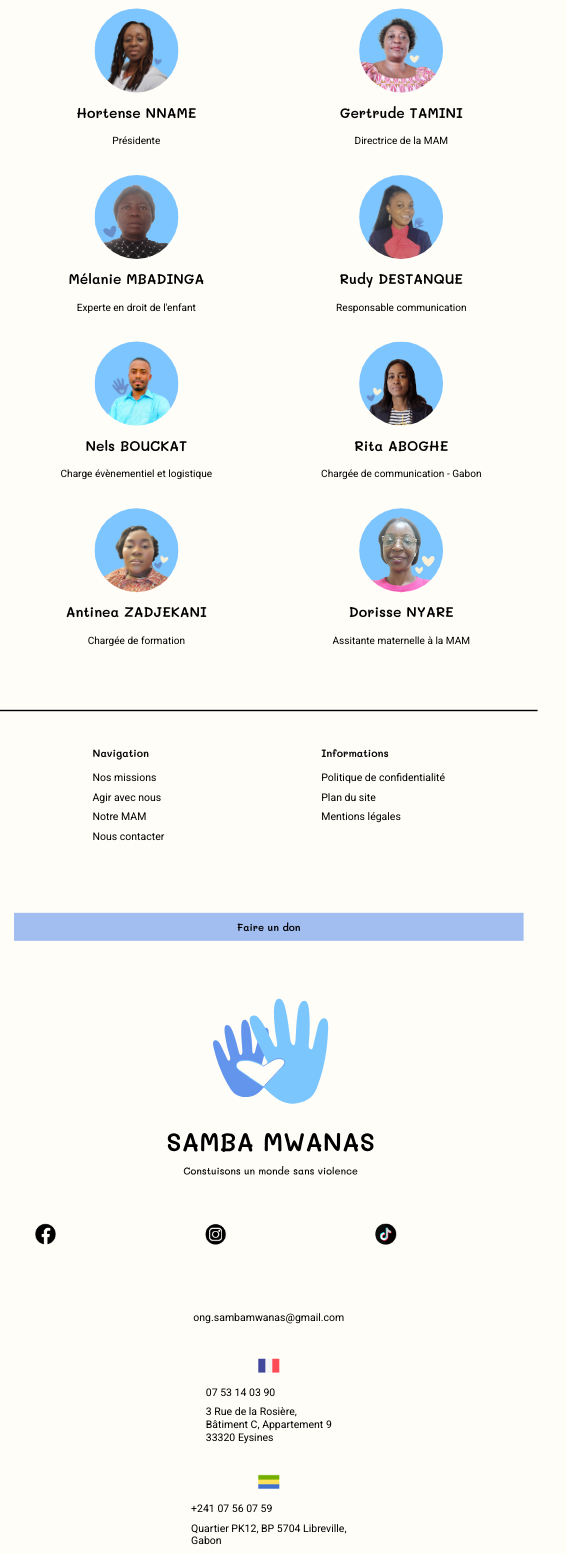
Repository: Danie-lDasilva/Samba-Mwanas
Page: index.html
These files come from the project's save history. The page is drawn as it stood at one moment and after the next save; the edit follows.
The browser window is 768 px wide. The page is 808 px wide, so the pictures cover 808 px, including what lies to the right of the window. The pictures show the part of the page from y = 2400 to 4640 px (the page is 4620 px tall before and 4640 px after), at 70% of full size.

Above is the page before, as saved 2025-03-06 21:23:51.

After the next save:
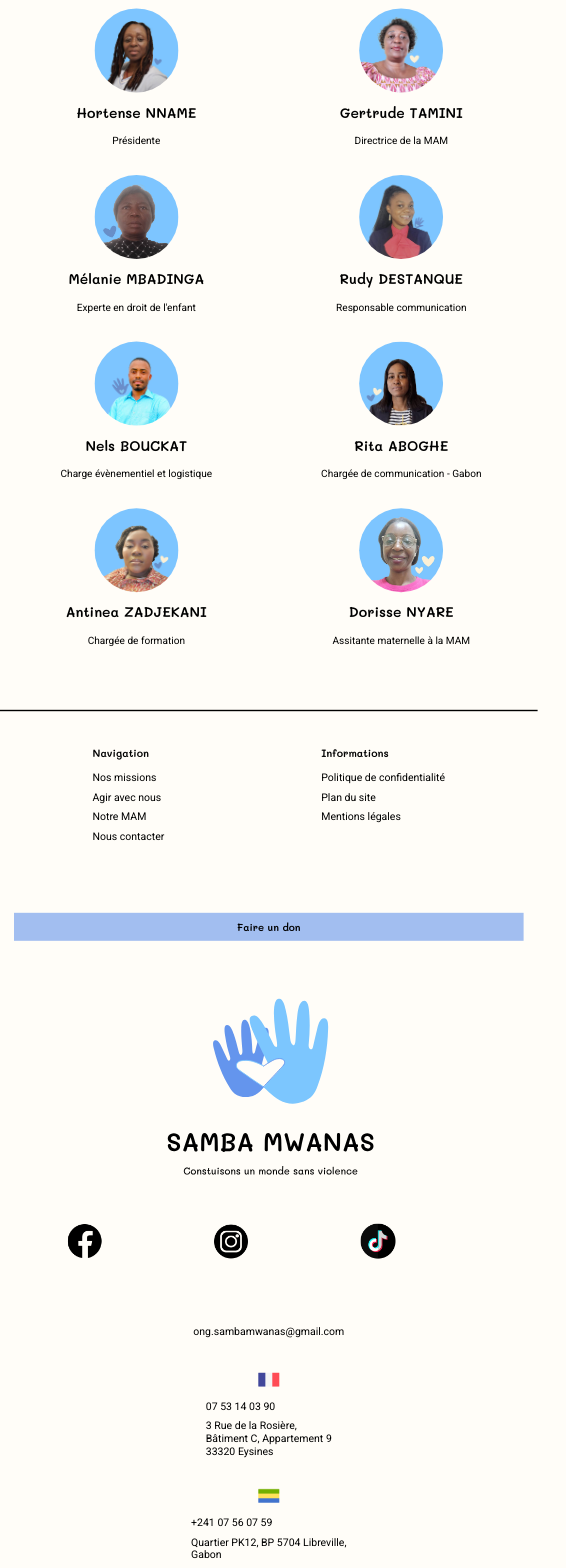
Saved 28 s later.
--- a/assets/css/style.css
+++ b/assets/css/style.css
@@ -684,10 +684,12 @@
     /* Footer responsive adjustments */
     .FooterRéseaux ul {
         justify-content: space-around;
+        margin-left: 50px;
+        margin-right: 50px;
     }
 
     .FooterRéseaux img {
-        width: 30px; /* Réduction de la taille des icônes en mode responsive */
+        width: 50px; /* Réduction de la taille des icônes en mode responsive */
         height: auto;
     }
 
